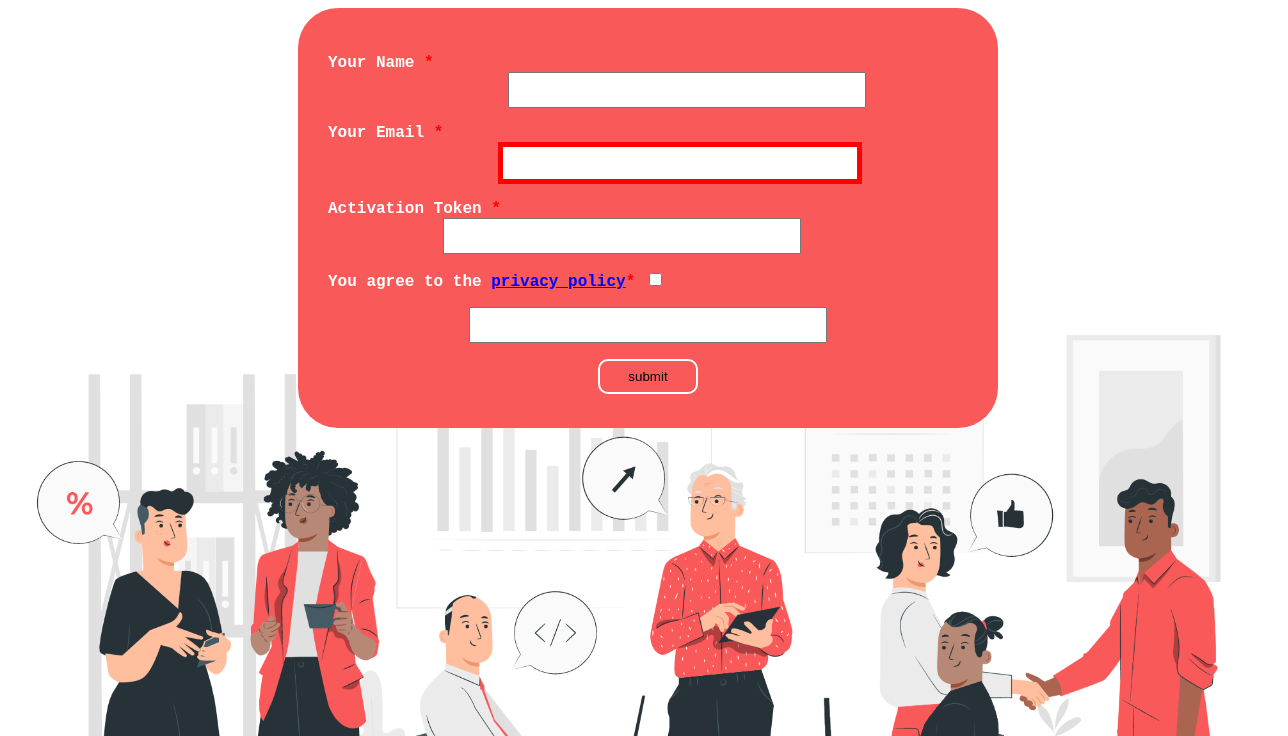
Repository: Rachael4life/Assignment-1
Page: starter-code/src/index.html
These files come from the project's save history. The page is drawn as it stood at one moment and after the next save; the edit follows.
The browser window is 1280 px wide. The page is 1288 px wide, so the pictures cover 1288 px, including what lies to the right of the window. The pictures show the whole page.

Above is the page before, as saved 2022-02-28 06:44:49.

### starter-code/src/index.html
<!DOCTYPE html>
<html lang="en">
<head>
    <meta charset="UTF-8">
    <meta http-equiv="X-UA-Compatible" content="IE=edge">
    <meta name="viewport" content="width=device-width, initial-scale=1.0">
    <link rel="stylesheet" href="style.css">
    <link rel="preconnect" href="https://fonts.googleapis.com">
<link rel="preconnect" href="https://fonts.gstatic.com" crossorigin>
    <link href="https://fonts.googleapis.com/css2?family=Courier+Prime&display=swap" rel="stylesheet">
    <title>Assignment 1</title>
</head>
<body>
    <div id="ramyeon">
        <form class="kimchi">
            <div> <p></p>
                <label for="name">Your Name <span class="asteric">*</span></label>
                <input class="formgroup" type="text" name="name" id="name" placeholder="">
            </div>
            <div> <p></p>
                <label for="email">Your Email <span class="asteric">*</span> </label>
                <input class="formgroup" type="text" name="email" id="email" placeholder="">
            </div>
            <div> <p></p>
                <label for="password">Activation Token <span class="asteric">*</span> </label>
                <input class="formgroup" type="password" name="activation token" id="password" placeholder="">
            </div>
           <p></p>
            <div class="water"><p></p>
                You agree to the <a href="privacy policy" id="privacy"><b> privacy policy</a></b><span class="asteric">*</span> <input type="checkbox">
            </div>
            <p></p>
            <div id="validation"><p></p>
                <label for="validation"></label>
                <input type="text" class="formgroup">
            </div>
            <p></p>
            <div class="gogi"><p></p>
                <button type="button">submit</button>
            </div>
        </form>
    </div>
</body>
</html>

### starter-code/src/style.css
body {
    color: white;
    font-family: 'Courier Prime', monospace;
    width: 100vw;
    height: 100vh;
    background-image: url("img.png");
    background-size: cover;
    background-repeat: no-repeat;
    font-size: 16px;
}
form {
    background-color: #fa5959;
    font-size: 16px;
    width: 50%;
    height: 50%;
    padding: 30px;
    border-radius: 40px;
    font-weight: bold;
}
#name {
    margin-left: 180px;
    height: 30px;
    width: 350px;
}
#email {
    margin-left: 170px;
    height: 30px;
    width: 350px;
}
#password {
    margin-left: 115px;
    height: 30px;
    width: 350px;
}
#ramyeon {
    display: flex;
    justify-content: center;
    align-content: space-between;
    width: 100%;
    height: 100%;
    font-family: 'Courier New', Courier, monospace;
}
#validation {
    align-content: center;
    justify-content: center;
    display: flex;
}
.gogi {
    justify-content: center;
    align-content: center;
    display: flex;
}
button {
    display: ;
    border-style: solid;
    border-radius: 10px;
    border-color: white;
    background: #fa5959;
    margin: auto;
    height: 35px;
    width: 100px;
}
[ type='email']
.water {
    align-content: center;
    justify-content: center;
    display:flex;
}
.formgroup {
    width: 350px;
    height: 30px;
}
#email {
    border: 5px solid red;
}
.asteric {
    color: red;
}
#privacy {
    color: blue;
    font-weight: bolder;
}

After the next save:
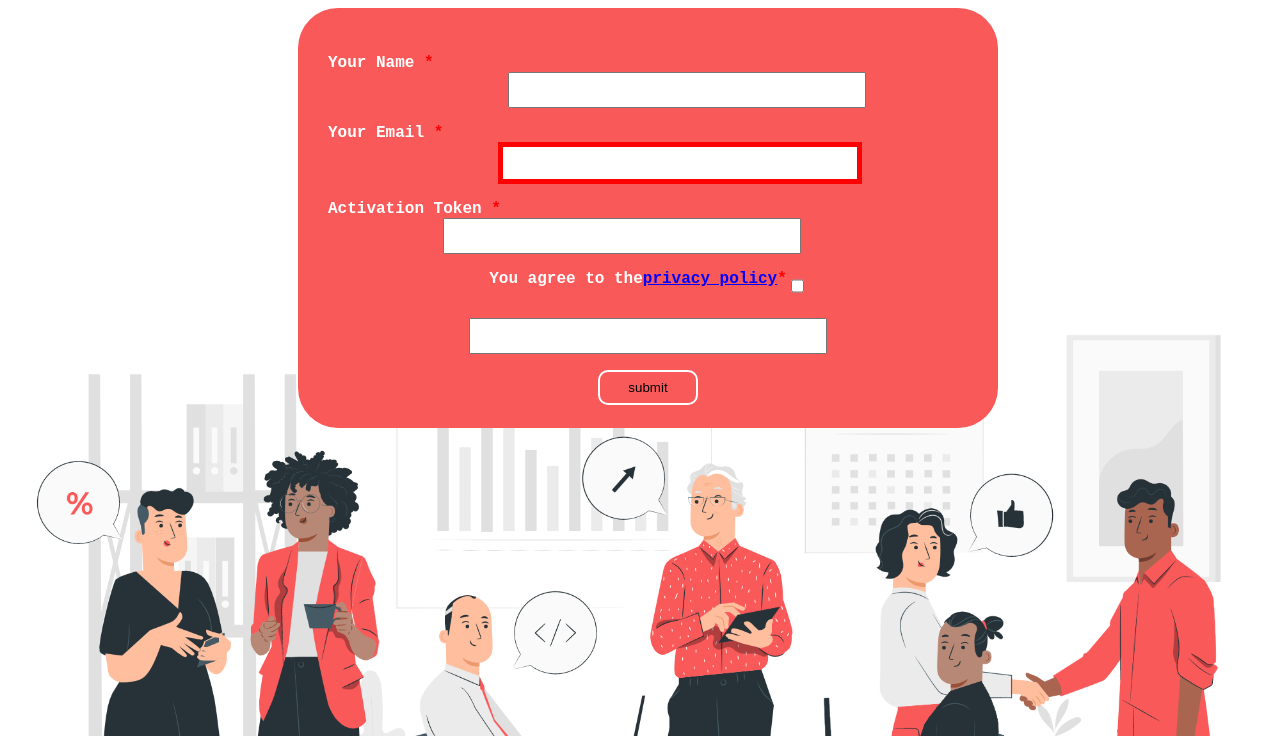
Saved 13 s later.
--- a/starter-code/src/style.css
+++ b/starter-code/src/style.css
@@ -60,7 +60,9 @@ button {
     height: 35px;
     width: 100px;
 }
-[ type='email']
+[ type='email']{
+
+}
 .water {
     align-content: center;
     justify-content: center;
